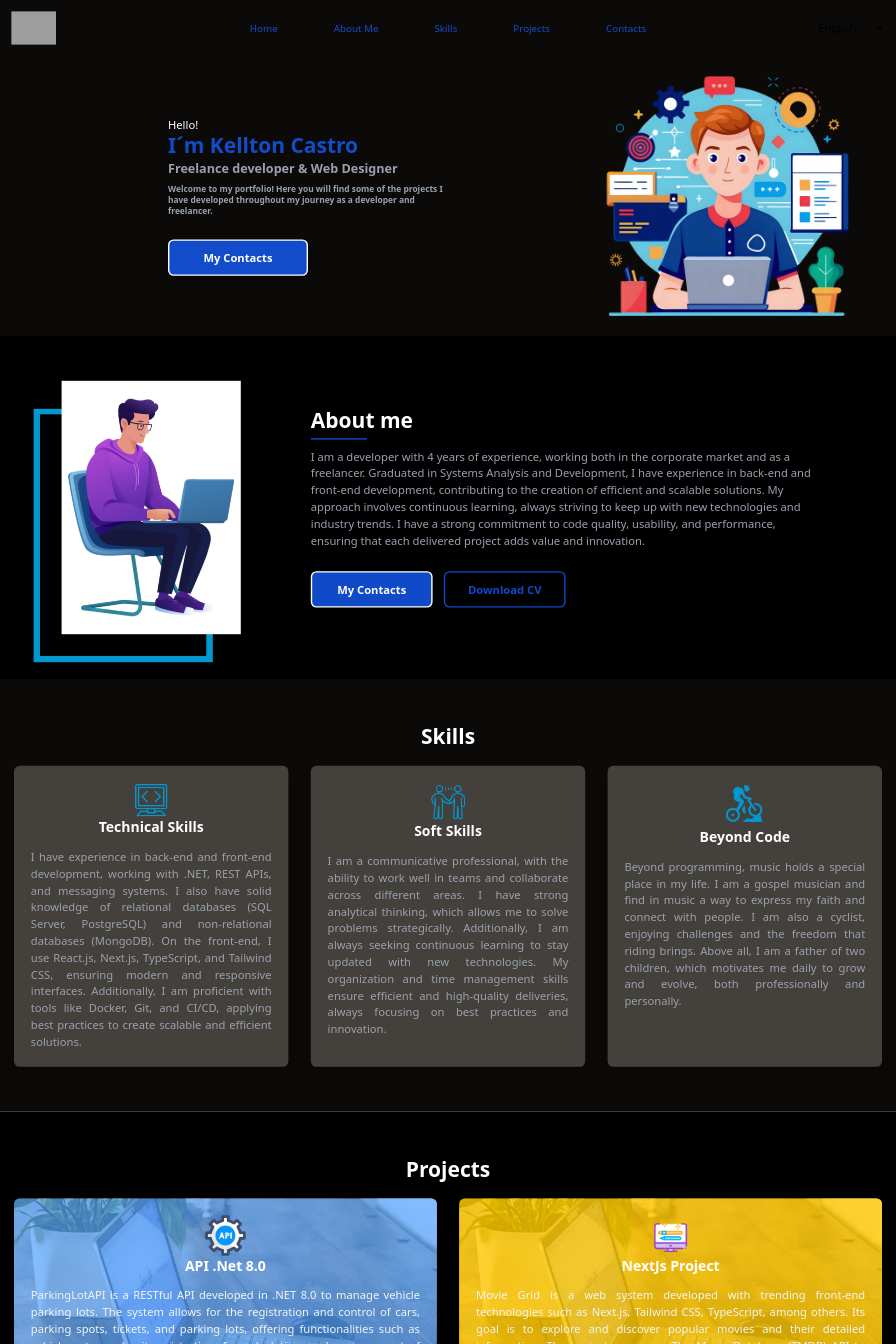
Repository: kcsdesenvolvedor/portfolio
Page: index.html
The author's editor kept a copy of each file at every save. The page is drawn from the files as they stood at one save, then again after the next save.
The browser window is 1280 px wide. The pictures show the part of the page from y = 0 to 1920 px (the page is 2838 px tall), at 70% of full size.
Pictures or frames that could not be fetched are drawn as grey boxes.

Above is the page before, as saved 2025-03-26 17:27:01.
Console error: ReferenceError: translations is not defined

After the next save:
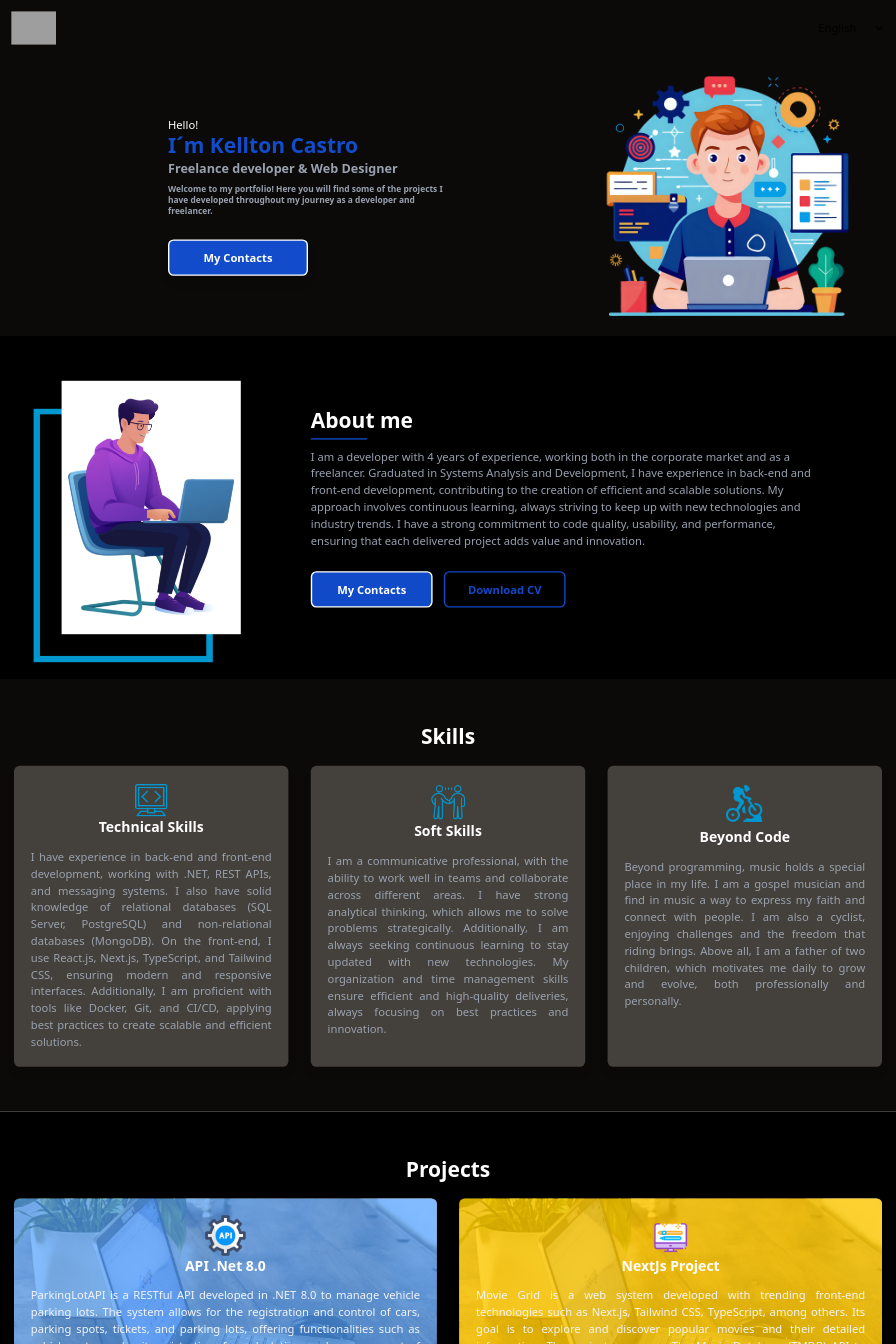
Console error: TypeError: Cannot read properties of null (reading 'textContent')
Saved 72 s later.
--- a/index.html
+++ b/index.html
@@ -398,5 +398,6 @@
 
         </script>
         <script src="./js/main.js"></script>
+        <script src="./js/translations.js"></script>
 </body>
 </html>
